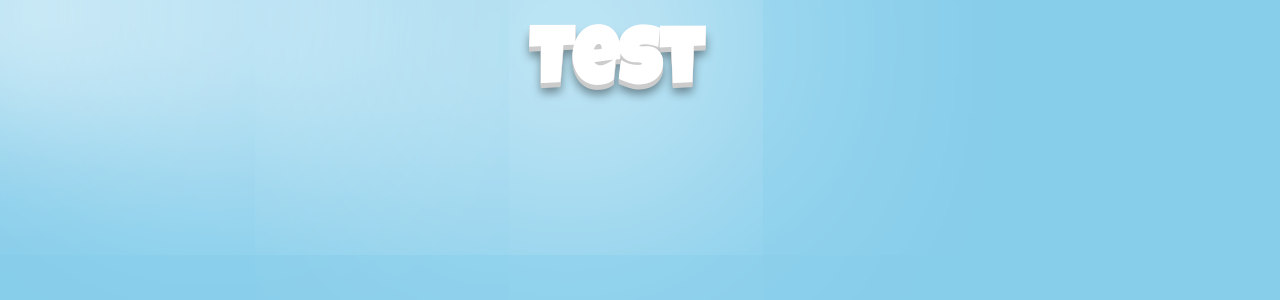
Repository: BlackCat328/CSS_Animation
Page: 2.文字弹动/index.html
The author's editor kept a copy of each file at every save. The page is drawn from the files as they stood at one save, then again after a run of saves.
The browser window is 1280 px wide. The pictures show the whole page.

Above is the page before, as saved 2022-11-13 20:43:44.

After the next 8 saves:
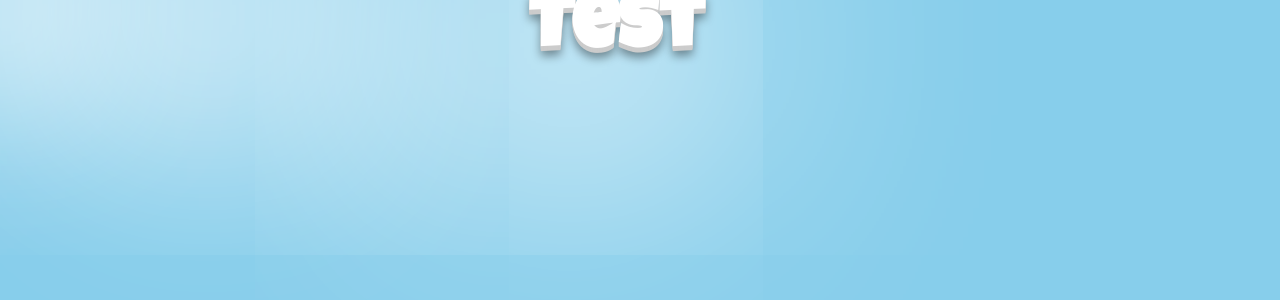
The 8 saves are shown as one change because they came seconds apart.
The last was saved 74 s later.
--- a/2.文字弹动/index.css
+++ b/2.文字弹动/index.css
@@ -63,5 +63,7 @@ h1 span {
 }
 
 @keyframes bounce {
-
+    100%{
+        top:-20px;
+    }
 }
